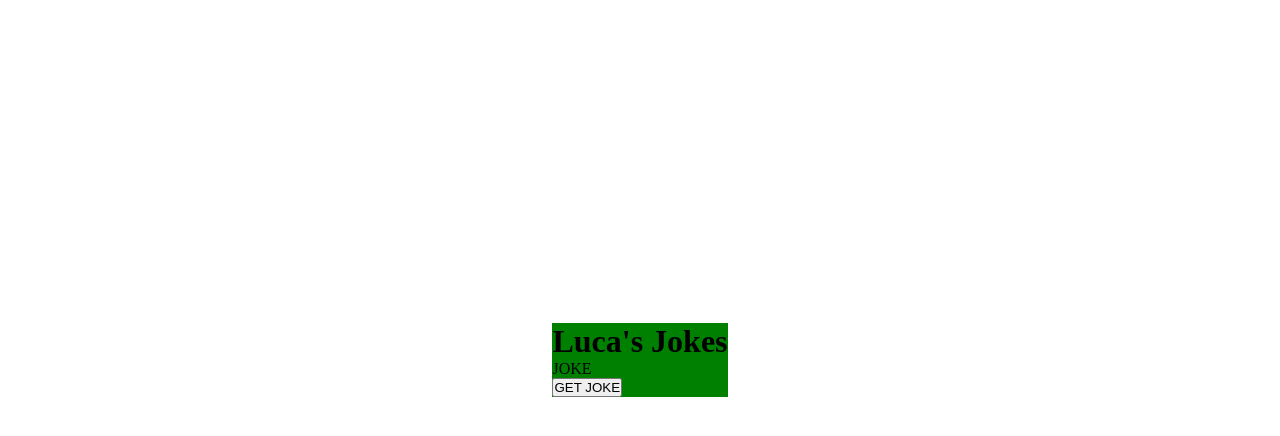
Repository: SerbanLuca/ChuckNorrisJokes-app
Page: /
An editor plug-in stored every save of this project. The page is shown before and after the next save, followed by the edit.
The browser window is 1280 px wide. The pictures show the whole page.
The project was rebuilt for these pictures with package versions that can differ from the ones it lists, and the page was loaded fresh each time.

Above is the page before, as saved 2021-04-07 13:45:54.

After the next save:
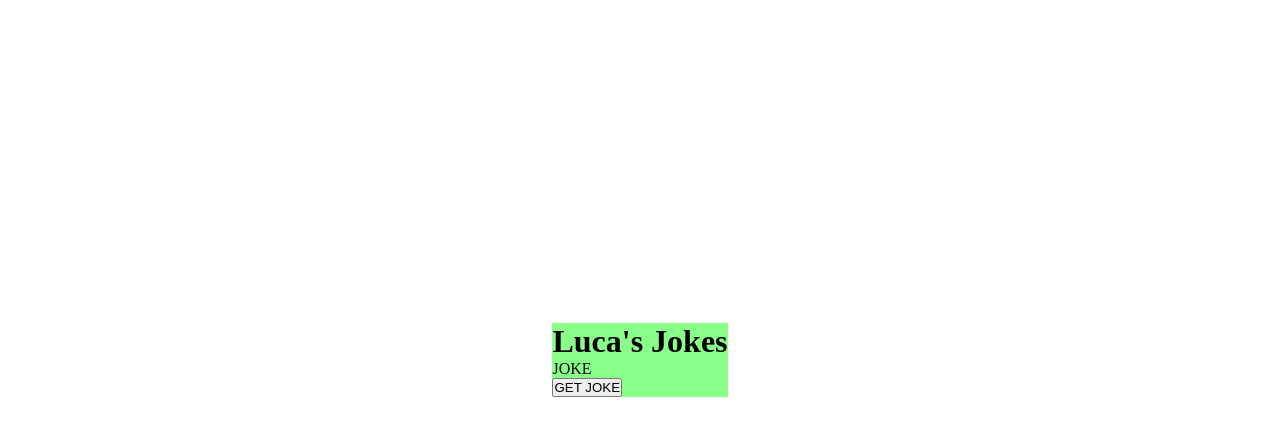
Saved 4 s later.
--- a/src/App.css
+++ b/src/App.css
@@ -16,5 +16,5 @@
 
 .container
 {
-  background-color: green;
+  background-color: rgb(137, 255, 137);
 }
